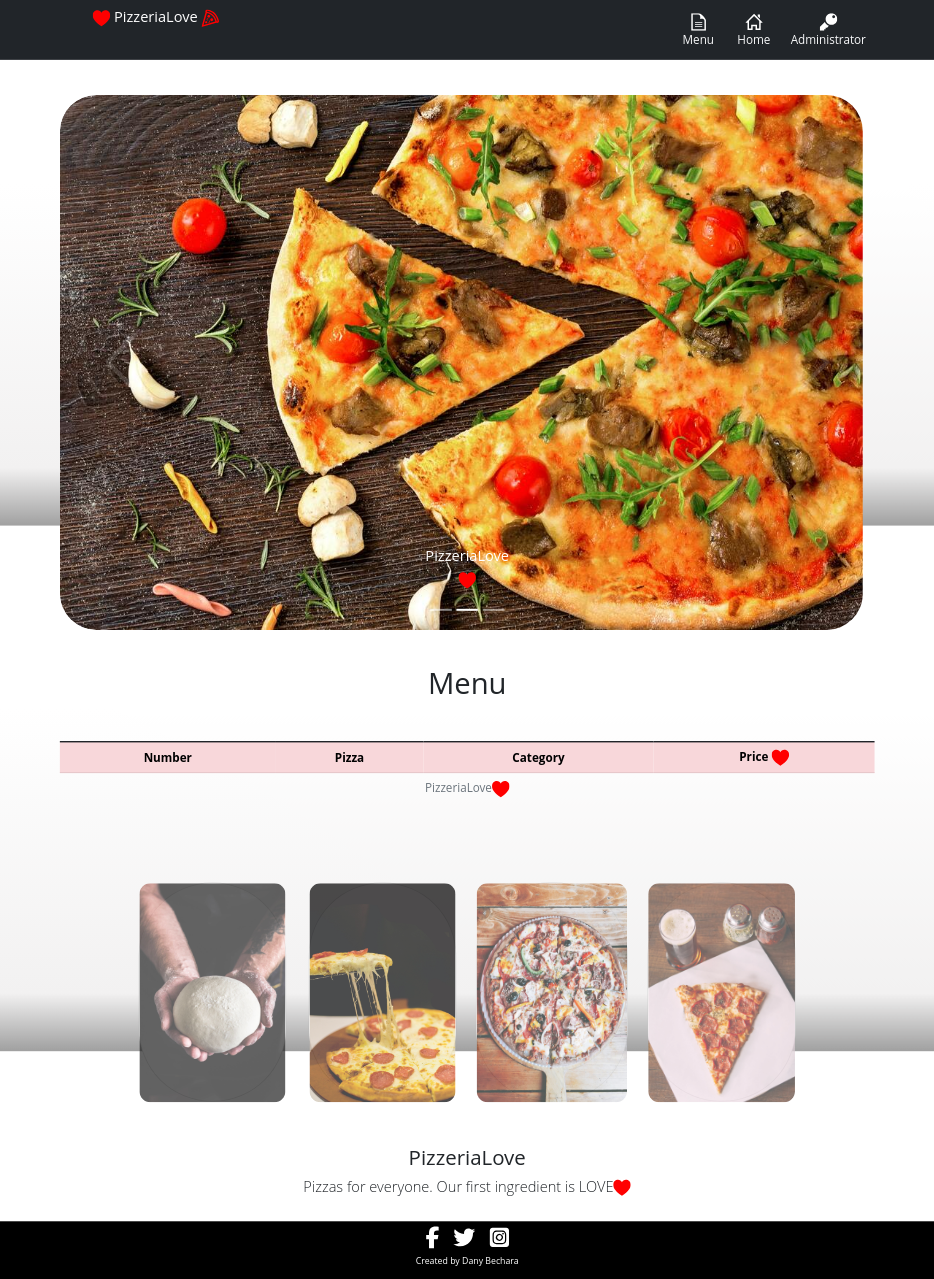
Repository: bechara611/PizzeriaLove
Page: /
These files come from the project's save history. The page is drawn as it stood at one moment and after the next save; the edit follows.
The browser window is 1280 px wide. The pictures show the whole page, at 73% of full size.
The page's requests for data from a server got no answer. Backgrounds fixed to the window are drawn as part of the page. The project was rebuilt for these pictures with package versions that can differ from the ones it lists, and the page was loaded fresh each time. No one was signed in, and anything a server would have sent is missing. Also part of the build but not shown: src/App.css, src/App.js, src/Componentes/FormularioAgregarMenu.css, src/Elementos/Alerta.js, src/Elementos/AlertaRed.js, src/Componentes/FormularioAgregarMenu.js.

Above is the page before, as saved 2022-02-26 10:49:09.

### src/index.js
import React,{useState} from 'react';
import ReactDOM from 'react-dom';
import './index.css';
import 'bootstrap/dist/css/bootstrap.css'
import 'bootstrap/dist/js/bootstrap.bundle.min';
import Header from './Componentes/Header';
import {BrowserRouter,Route, Routes,NavLink} from 'react-router-dom'
import {App,App2} from './App';
import WebFont from 'webfontloader'
import './index.css'
import Carousel from './Componentes/Carousel';
import Menu from './Componentes/Menu';
import Footer from './Componentes/Footer';
import { FormularioAgregarMenu } from './Componentes/FormularioAgregarMenu';
import Galeria from './Componentes/Galeria';
import Descripcion from './Componentes/Descripcion';

WebFont.load({
  google: {
    families: ['Open Sans:400,500,700', 'Sans-serif']
  }
});

const Index = () => {
  const [administrador,cambiaradministrador]=useState(false);
  const [admin,cambiaradmin]=useState('');
  return (
  <BrowserRouter>
     <Header administrador={administrador} cambiaradministrador={cambiaradministrador} cambiaradmin={cambiaradmin} admin={admin}></Header>
   {admin==='admin' ? <h2 className='my-5 tittle text-dark text-center'>ADMIN</h2>:<></>}
     <Carousel></Carousel>

    <Routes>
    <Route path='/' element={<Menu borrar={false} />} ></Route>
    <Route path='/administrador' element={<FormularioAgregarMenu />} ></Route>
    <Route path='/inicio' element={<Menu borrar={false} />} ></Route>
    </Routes>

    <Descripcion></Descripcion>
    <Footer></Footer>
    </BrowserRouter>
    );
}


ReactDOM.render(

  <Index />,
  document.getElementById('root')
);

### src/index.css
* {
  margin: 0;
  font-family:'Open Sans';
  /* Permalink - use to edit and share this gradient: https://colorzilla.com/gradient-editor/#ffffff+0,ffffff+100&1+0,0+100;White+to+Transparent */



}


body
{
  background: rgb(255,255,255);
  background: linear-gradient(180deg, rgba(255,255,255,1) 0%, rgba(255,255,255,1) 35%, rgba(242,241,241,1) 89%, rgba(10,10,10,0.38699229691876746) 100%);

  background-attachment:fixed;
}

### src/Componentes/Header.js
import {NavLink} from 'react-router-dom'
import styled from 'styled-components';
import { BotonTipoNavLink,BotonTipoNavLinkA } from '../Elementos/BotonTipoNavLink';
import {Pizza2,Administrador2,Inicio2,Menu2,Contacto2,Heart2,Casita2}from '../Elementos/ImagenesSVG';
import {App,App2} from './../App';
import './Header.css'


const Header = ({cambiaradministrador,administrador,cambiaradmin}) => {
    let url1,urladmin;
    url1="/inicio";
    urladmin='/administrador'
      return (
        <>

        <nav className="navbar navbar-expand-sm navbar-dark bg-dark  header_nav">
        <div className="container contenedor1 text-center col-12 ">
        <div className='hijo1_header text-center col-12 col-sm-3 '>
         <BotonTipoNavLink to={url1} className="navbar-brand text-center  "> <Heart2 / > PizzeriaLove <Pizza2></Pizza2></BotonTipoNavLink>



        </div>
      <div className='hijo2_header text-center col-12 col-sm-3 '>
        <button
        className="navbar-toggler mt-2 col-12 col-sm-3 text-center"
        type="button"
        data-bs-toggle="collapse"
        data-bs-target="#menu"
        aria-controls="menu"
        aria-expanded="false"
        aria-label="Mostrar / Ocultar Menu"
      >
        <span className="navbar-toggler-icon   "></span>
      </button>

      <div className="collapse navbar-collapse   " id="menu">
      <ul className="navbar-nav me-auto mb-2 mb-lg-0 header_menu ">
      <li className="nav-item opcion"><a href="#menuu" className="nav-link text-light  opcion" onClick={()=>{cambiaradmin('usuario')}}><Menu2></Menu2> Menu</a></li>
        <li className="nav-item"><BotonTipoNavLinkA to={url1} className="nav-link text-light" onClick={()=>{cambiaradmin('usuario')}}><Casita2/> Home</BotonTipoNavLinkA></li>
        <li className="nav-item"><BotonTipoNavLink to={urladmin} className="nav-link text-light" onClick={()=>{cambiaradmin('admin')}}> <Administrador2 /> Administrator</BotonTipoNavLink></li>
      </ul>

    </div>
    </div>
        </div>

      </nav>

      </>
       );
    }

    export default Header;

### src/Componentes/Menu.js
import React from 'react'
import { Heart2, Trash2 } from '../Elementos/ImagenesSVG';
import { db } from '../Firebase/FirebaseConfig';
import './Menu.css'
import useObtenerMenu from '../Hooks/useObtenerMenu';
import BorrarDocumento from '../Firebase/Borrar';
import Galeria from './Galeria';

const Menu = ({borrar}) => {
   const [platos,cambiarplatos]=useObtenerMenu();


    return (
        <>
        <div className="container contenedor-tabla">
        <div className="row my-5">

        <div className="col titulo">
        {borrar===true ?   <h1 className=''>Admin, you can delete a plate here:</h1> :    <h1 className=''>Menu</h1>}

        </div>
        </div>
            <div className="row my-5">

             <div className="table-responsive " id='menuu'>
            <table className="table table-hover table" >
            <caption className='captionMenu'>PizzeriaLove<Heart2></Heart2></caption>
             <thead>
             <tr className={borrar===true?'table-success' : 'table-danger'}>
             <th>Number</th>
             <th>Pizza</th>
             <th>Category </th>
             <th>Price <Heart2></Heart2> </th>
             </tr>
             </thead>
             <tbody>
             {
                 platos.map((plato,index)=>{
                     return <React.Fragment key={index}>
                     <tr onClick={()=>{


                     }} >
                     <td>{index +1}</td>
                     <td>{plato.plato}</td>
                     <td>{plato.categorias}</td>
                     {borrar===true ?    <td>{plato.precio}$  <Trash2 onClick={()=>{
                        if (borrar===true) {
                            BorrarDocumento(plato.id)
                         }
                     }}></Trash2> </td> : <td>{plato.precio}$</td> }

                     </tr>
                     </React.Fragment>
                 })
             }
             </tbody>
             </table>
            </div>


            </div>
        </div>
        <Galeria></Galeria>
        </>

        )

}

export  default Menu;

### src/Componentes/Footer.js
import styled from "styled-components";
import './Footer.css'
import { FontAwesomeIcon } from '@fortawesome/react-fontawesome'
import { faCoffee } from '@fortawesome/free-solid-svg-icons'
import {  faFacebookF,faInstagramSquare,faTwitter } from '@fortawesome/free-brands-svg-icons';
import useObtenerMenu from "../Hooks/useObtenerMenu";


const Footer = () => {
    let face='https://www.facebook.com';
    let insta='https://www.instagram.com';
    let twitter='https://www.twitter.com';
    let nuevaPestana="_blank"

    return (
        <>
        <div className="container-fluid " >
        <div className="row fila">
        <footer className="col-12 footer">
        <a href={face} target={nuevaPestana} className='face'><FontAwesomeIcon icon={faFacebookF}/></a>
        <a href={twitter} target={nuevaPestana} className='twitter'><FontAwesomeIcon icon={faTwitter}/></a>
        <a href={insta} target={nuevaPestana} className='instagram'><FontAwesomeIcon icon={faInstagramSquare}/></a>

        </footer>
        <p className="col-12">Created by Dany Bechara</p>
        </div>
        </div>
        </>
     );
}

export default Footer;

### src/Componentes/Galeria.js
import React from 'react';
import './Galeria.css'
import  Pizza1 from './../Imagenes/Pizza1.jpg'
import  Pizza2 from './../Imagenes/Pizza2.jpg'
import  Pizza3 from './../Imagenes/Pizza3.jpg'
import  Pizza4 from './../Imagenes/Pizza4.jpg'
import  Pizza5 from './../Imagenes/Pizza5.jpg'
import  Pizza6 from './../Imagenes/Pizza6.jpg'
import  Pizza7 from './../Imagenes/Pizza7.jpg'
import  Pizza8 from './../Imagenes/Pizza8.jpg'
import {ReactComponent as Menu} from './../Imagenes/Menu.svg'
const Galeria = () => {
    return (

        <>
        <div className="container centrar   py-3">
    <div className="row my-4 centrar">
        <div className="col-lg-3 col-12 col-sm-6 centrar">
            <div className="card cardcita my-1">
           < img src={Pizza5} alt="" className=" cardcitaImagen"></img>
            </div>
        </div>
        <div className="col-lg-3 col-12 col-sm-6 centrar">
            <div className="card cardcita my-1">
           < img src={Pizza2} alt="" className="cardcitaImagen"></img>
            </div>
        </div>
        <div className="col-lg-3 col-12 col-sm-6 centrar">
        <div className="card cardcita my-1">
       < img src={Pizza3} alt="" className="cardcitaImagen"></img>
        </div>
    </div>
        <div className="col-lg-3 col-12 col-sm-6 centrar">
            <div className="card cardcita my-1">
           < img src={Pizza8} alt="" className="cardcitaImagen colores"></img>
            </div>
        </div>
    </div>


        </div>
        </>
     );
}

export default Galeria;

### src/Componentes/Descripcion.js
import { Heart2 } from "../Elementos/ImagenesSVG";



const Descripcion = () => {
    return (
        <>
        <div className="container">
        <div className="row">
        <div className="col text-center my-3">
        <h3>PizzeriaLove</h3>
        <p className="lead">Pizzas for everyone. Our first ingredient is LOVE<Heart2></Heart2></p>
        </div>
        </div>
        </div>
        </>
     );
}

export default Descripcion;

### src/Elementos/BotonTipoNavLink.js
import styled from "styled-components"
import { NavLink } from "react-router-dom"
    const BotonTipoNavLink = styled(NavLink)`
    &:hover
    {
      text-decoration: underline;
      color: black;
    }
    `

    const BotonTipoNavLinkA=styled(BotonTipoNavLink)`
    text-decoration: none;
      color: black;
      cursor:pointer;
    `
    export {BotonTipoNavLink,BotonTipoNavLinkA}

### src/Elementos/ImagenesSVG.js
import styledComponents from 'styled-components';
import {ReactComponent as Pizza} from './../Imagenes/Pizza.svg'
import {ReactComponent as Inicio} from './../Imagenes/Inicio.svg'
import {ReactComponent as Menu} from './../Imagenes/Menu.svg'
import {ReactComponent as Administrador} from './../Imagenes/Administrador.svg'
import {ReactComponent as Contacto} from './../Imagenes/Contacto.svg'
import {ReactComponent as Heart} from './../Imagenes/Heart.svg'
import {ReactComponent as Trash} from './../Imagenes/Trash.svg'
import {ReactComponent as Casita} from './../Imagenes/Casa.svg'

const Pizza2 = styledComponents(Pizza)`
font-size:10px;
z-index: 1;
color:white;
fill:red;

`;
const Inicio2 = styledComponents(Inicio)`
font-size:10px;
z-index: 1;
color:white;
fill:white;

`;

const Casita2=styledComponents(Casita)`
font-size:10px;
z-index: 1;
color:white;
fill:white;
`

const Menu2 = styledComponents(Menu)`
font-size:10px;
z-index: 1;
color:white;
fill:white;

`;
const Administrador2 = styledComponents(Administrador)`
font-size:10px;
z-index: 1;
color:white;
fill:white;

`;

const Contacto2 = styledComponents(Contacto)`
font-size:10px;
z-index: 1;
color:white;
fill:white;

`;

const Heart2 = styledComponents(Heart)`
font-size:10px;
z-index: 1;
color:white;
fill:red;

`;

const Trash2=styledComponents(Trash)`
fill:blue;
cursor:pointer;
`

export {Pizza2,Administrador2,Inicio2,Menu2, Contacto2,Heart2,Trash2,Casita2}

### src/Componentes/Header.css

*{
   box-sizing: border-box;
   margin: 0;
   padding: 0;


}
.header_nav2
{
    /* margin-top: -8px; */
    background: -moz-linear-gradient(top,  rgba(211,126,128,1) 0%, rgba(146,171,207,0) 76%, rgba(134,179,222,0) 90%, rgba(125,185,232,0) 100%); /* FF3.6-15 */
background: -webkit-linear-gradient(top,  rgba(211,126,128,1) 0%,rgba(146,171,207,0) 76%,rgba(134,179,222,0) 90%,rgba(125,185,232,0) 100%); /* Chrome10-25,Safari5.1-6 */
background: linear-gradient(to bottom,  rgba(211,126,128,1) 0%,rgba(146,171,207,0) 76%,rgba(134,179,222,0) 90%,rgba(125,185,232,0) 100%); /* W3C, IE10+, FF16+, Chrome26+, Opera12+, Safari7+ */
filter: progid:DXImageTransform.Microsoft.gradient( startColorstr='#d37e80', endColorstr='#007db9e8',GradientType=0 ); /* IE6-9 */


}
body
{
    /* background: url(./../Imagenes/textura.png);
	background-repeat: repeat;
	background-attachment: fixed; */
}

.nav
{


}

.contenedor12
{

    /* min-height: 300px;  */
}

.hijo1_header
{
    align-self: start;
    /* margin-top: 2%; */

}
.hijo2_header
{
    /* margin-top: 2%; */
    align-self: start;
}
.header_menu
{

}

.opcion
{
text-decoration: dotted;
display: inline-block;
opacity: 1;

}



.opcion:hover
{
    text-decoration: underline;
}

.opcion:link
{
color: green;
}

### src/Componentes/Carousel.css
.carousel-inner{border-radius: 50px;}
.carousel-item{border-radius: 50px;}
.img-fluid{border-radius: 50px;}
.icono {
    height: 100px;
    width: 100px;

      /*shape border*/

      opacity: 0.3;
      /*symbol */




}
.icono:hover{opacity: 1;}

### src/Firebase/FirebaseConfig.js
import { initializeApp } from "firebase/app";
import { getAnalytics } from "firebase/analytics";
import { getFirestore } from "firebase/firestore";
import { getAuth, createUserWithEmailAndPassword } from "firebase/auth";

const firebaseConfig2 = {
    apiKey: "AIzaSyDhYuWK_8Uy4S-BtkFmFfityIjQnt4M3Is",
    authDomain: "pizzerialove-00.firebaseapp.com",
    projectId: "pizzerialove-00",
    storageBucket: "pizzerialove-00.appspot.com",
    messagingSenderId: "356504995914",
    appId: "1:356504995914:web:c5fee404edbf5f32affeb3",
    measurementId: "G-CK1N9HMEKD"
  };


    const firebaseConfig = {
      apiKey:process.env.REACT_APP_FIREBASE_API_KEY,
      authDomain:process.env.REACT_APP_FIREBASE_AUTH_DOMAIN,
      projectId:process.env.REACT_APP_FIREBASE_PROJECT_ID,
      storageBucket:process.env.REACT_APP_FIREBASE_STORAGE_BUCKET,
      messagingSenderId:process.env.REACT_APP_FIREBASE_MESSAGING_SENDER_ID,
      appId:process.env.REACT_APP_FIREBASE_APP_ID,
      measurementId:process.env.REACT_APP_FIREBASE_MEASUREMENT_ID
    };



// Initialize Firebase
const app = initializeApp(firebaseConfig);
const analytics = getAnalytics(app);
const db= getFirestore();
const auth=getAuth();

export {app,analytics,db,auth};

### src/Componentes/Menu.css
.captionMenu
{
    text-align: center;
}

.titulo{text-align: center;}

td{text-align: center;}
th{text-align: center;}

.basurita{background: black;}

.table-responsive{




    }

### src/Hooks/useObtenerMenu.js
import React,{useEffect,useState} from 'react'
import { db } from '../Firebase/FirebaseConfig';
import { collection,onSnapshot } from 'firebase/firestore';

const useObtenerMenu = () => {
    const [platos,cambiarplatos]=useState([{}])
    useEffect(()=>{

            const FuncionObtenerMenu=onSnapshot(collection(db,'menu'), (snapShot)=>{

               let vectormenu=snapShot.docs.map((documento)=>{
                  // console.log(documento.id)
                    return {...documento.data(),id:documento.id}
                })
              //  console.log(vectormenu);
              cambiarplatos([{}])
                cambiarplatos(vectormenu)
            })




            return FuncionObtenerMenu;
          },[])
          return [platos,cambiarplatos]
}

export default useObtenerMenu;

### src/Firebase/Borrar.js
import { db,app } from './FirebaseConfig'
import {doc,deleteDoc, } from 'firebase/firestore'
const BorrarDocumento =async (id) => {
  try {
  await deleteDoc(doc(db,'menu',id));

   } catch (error) {
    console.log(error)
   }

}

export default BorrarDocumento;

### src/Componentes/Footer.css
.footer
{
    display: flex;
    flex-direction: row;
    justify-content: center;

}
.fila
{
    display: flex;
    justify-content: center;
    text-align: center;
    background: black;
    font-size: 12px;
}
.fila p
{

color: white;
}
.footer a{
    text-decoration: none;
font-size: 30px;
display: inline-block;
color: white;
margin: 0 10px;
}
.face:hover{color: blue;}
.twitter:hover{color: lightblue;}
.instagram:hover{color:#fcaf45}

### src/Componentes/Galeria.css
.cardcita{
   border-radius: 100px;
    max-width: 300px;
    min-width: 200px;
    min-height: 300px;
    max-height: 300px;


}

.cardcitaImagen
{
    border-radius: 15px;
    max-width: 300px;
    min-width: 200px;
    min-height: 300px;
    max-height: 300px;

   opacity: .7;


}
.cardcitaImagen:hover{
    opacity: 1;

}
.usuario{text-transform: uppercase;}
@keyframes colores
{
/*from{background: #9EB3C2;}
to{background:#21295C ;}*/
0%{min-height: 500px;}
25%{min-height: 520;}
50%{min-height: 530px;}
75%{min-height: 520;}
100%{min-height: 500;}
}

.centrar{
    text-align: center;
    display: flex;
    justify-content: center;
align-items: center;
}

Loaded but not shown: public/index.html (common file); src/Componentes/Carousel.js (99 lines, source omitted)

After the next save:
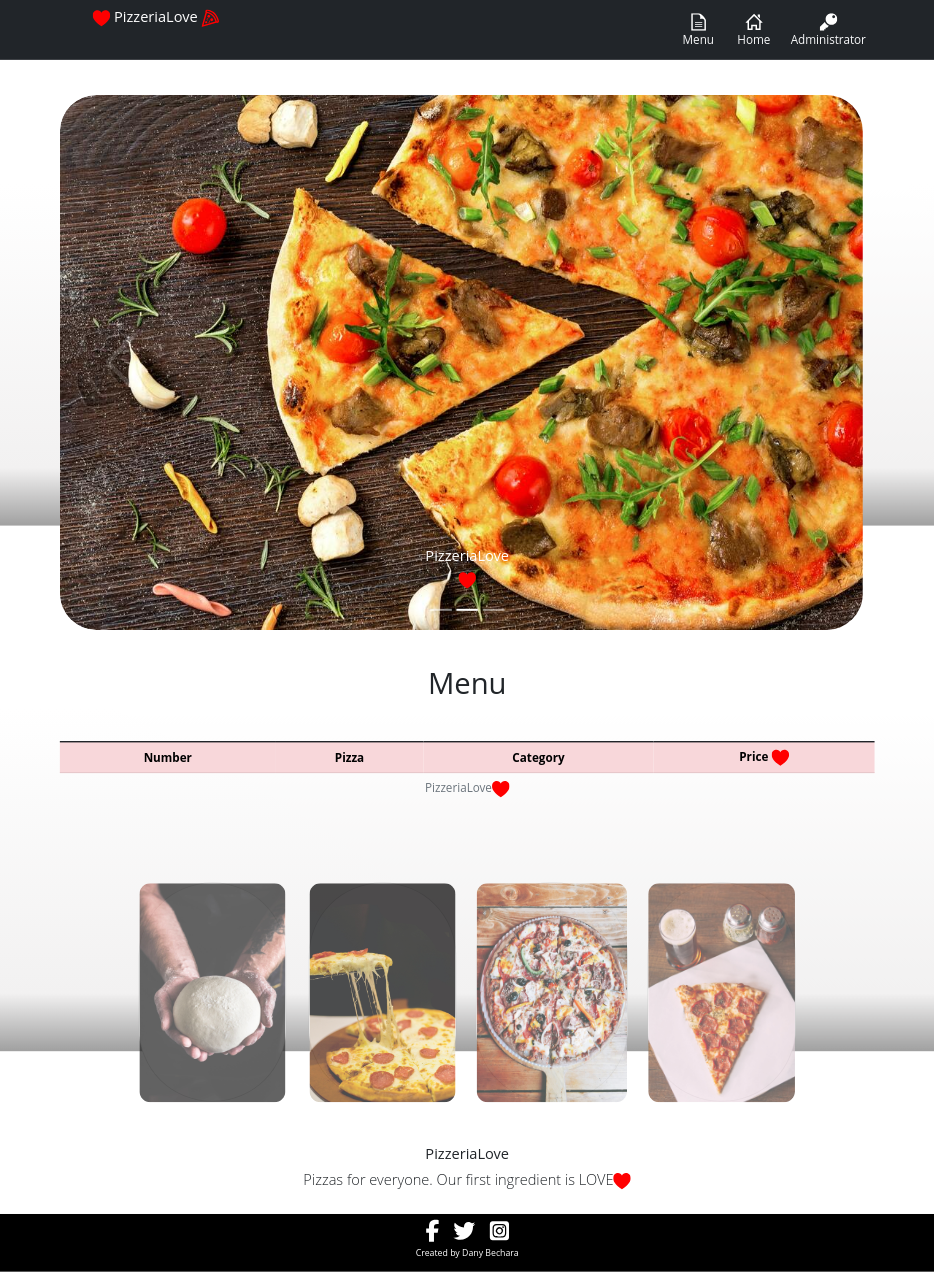
Saved 59 s later.
--- a/src/Componentes/Descripcion.js
+++ b/src/Componentes/Descripcion.js
@@ -8,7 +8,7 @@
         <div className="container">
         <div className="row">
         <div className="col text-center my-3">
-        <h3>PizzeriaLove</h3>
+        <h3 className="fs-5">PizzeriaLove</h3>
         <p className="lead">Pizzas for everyone. Our first ingredient is LOVE<Heart2></Heart2></p>
         </div>
         </div>

After the save that followed:
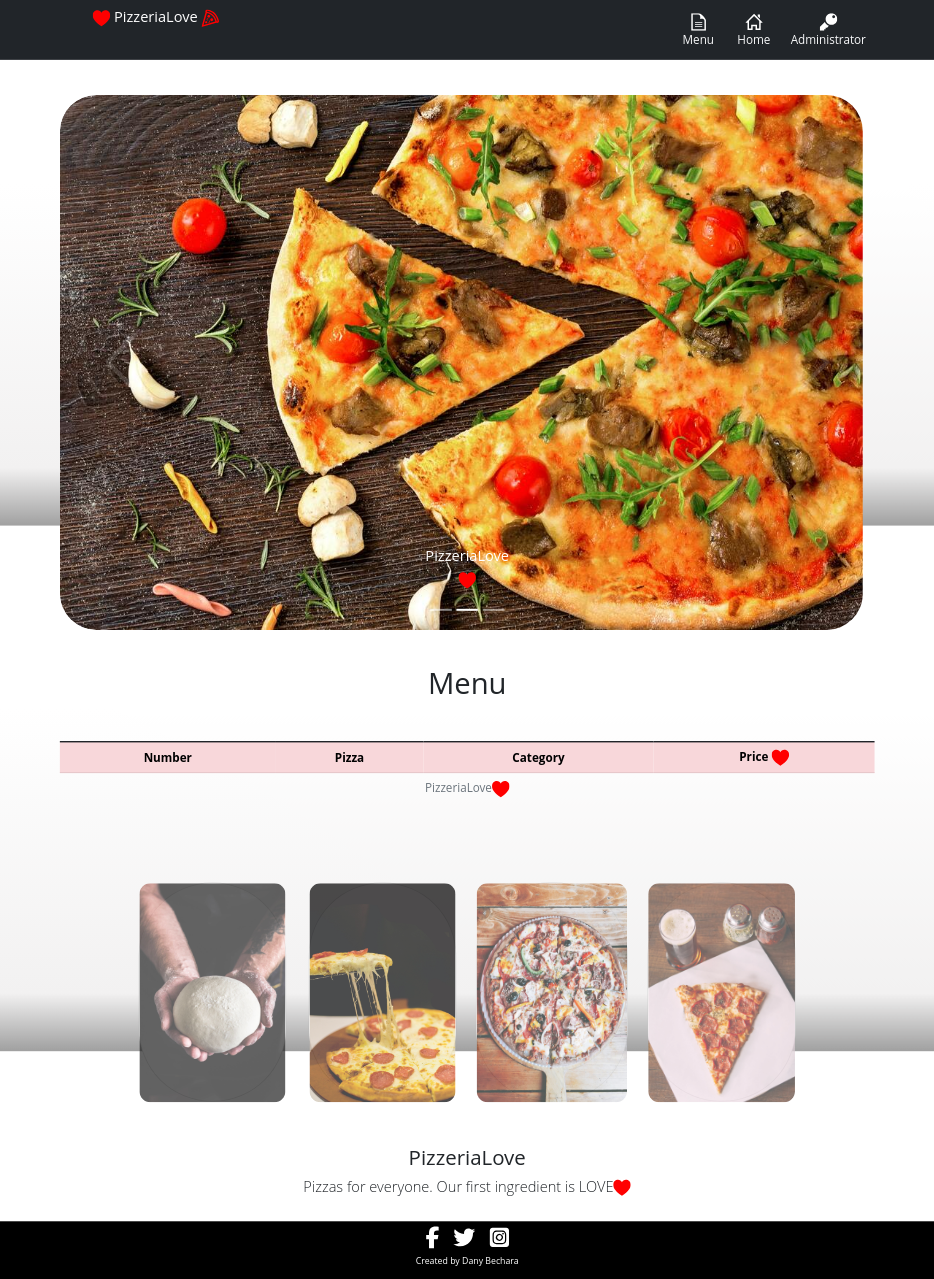
Saved 5 s later.
--- a/src/Componentes/Descripcion.js
+++ b/src/Componentes/Descripcion.js
@@ -8,7 +8,7 @@
         <div className="container">
         <div className="row">
         <div className="col text-center my-3">
-        <h3 className="fs-5">PizzeriaLove</h3>
+        <h3 className="fs-10">PizzeriaLove</h3>
         <p className="lead">Pizzas for everyone. Our first ingredient is LOVE<Heart2></Heart2></p>
         </div>
         </div>
